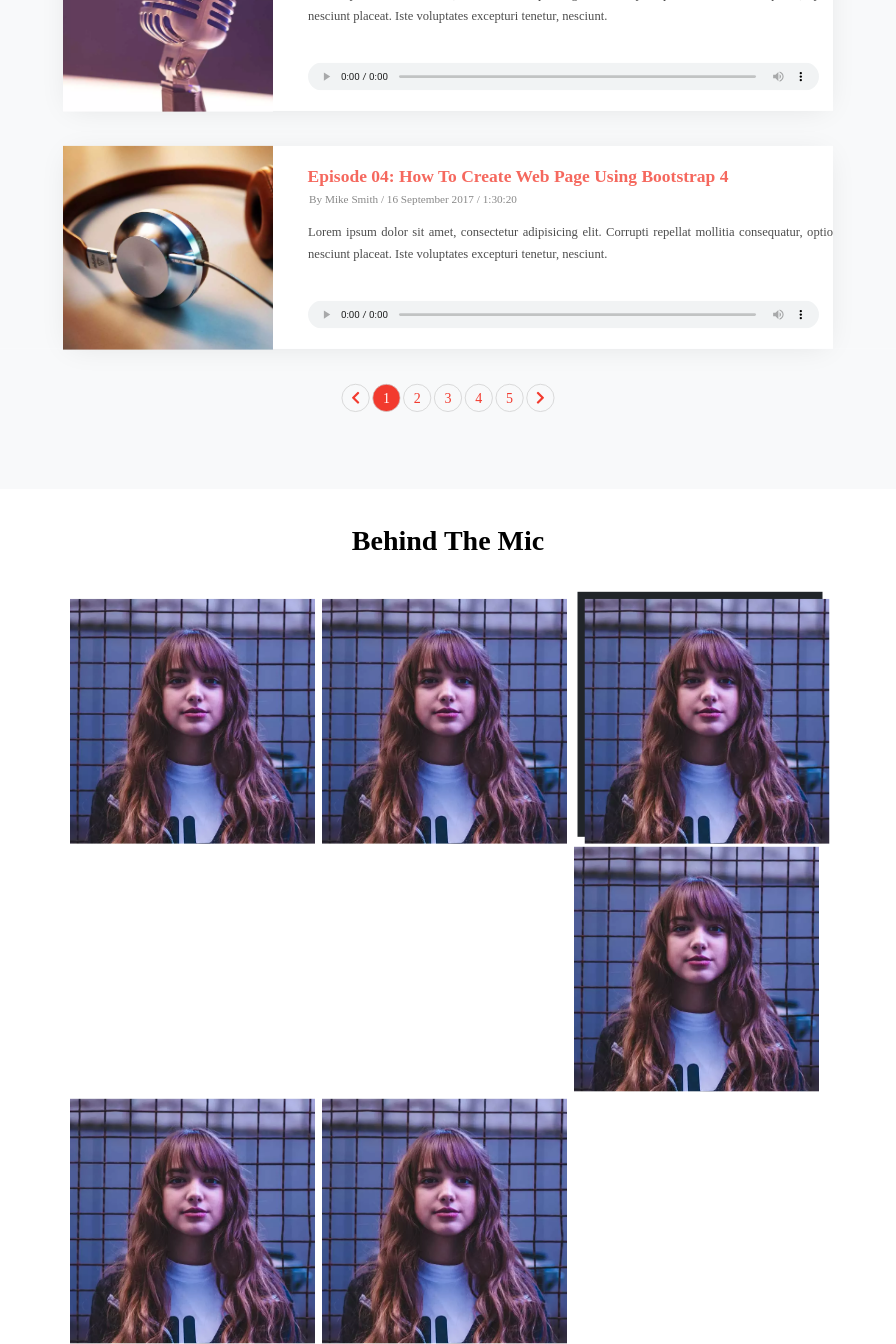
Repository: nhutduy0803/template2
Page: index.html
An editor plug-in stored every save of this project. The page is shown before and after the next save, followed by the edit.
The browser window is 1280 px wide. The pictures show the part of the page from y = 2168 to 4088 px (the page is 4088 px tall before and 3997 px after), at 70% of full size.

Above is the page before, as saved 2021-12-09 14:35:09.

After the next save:
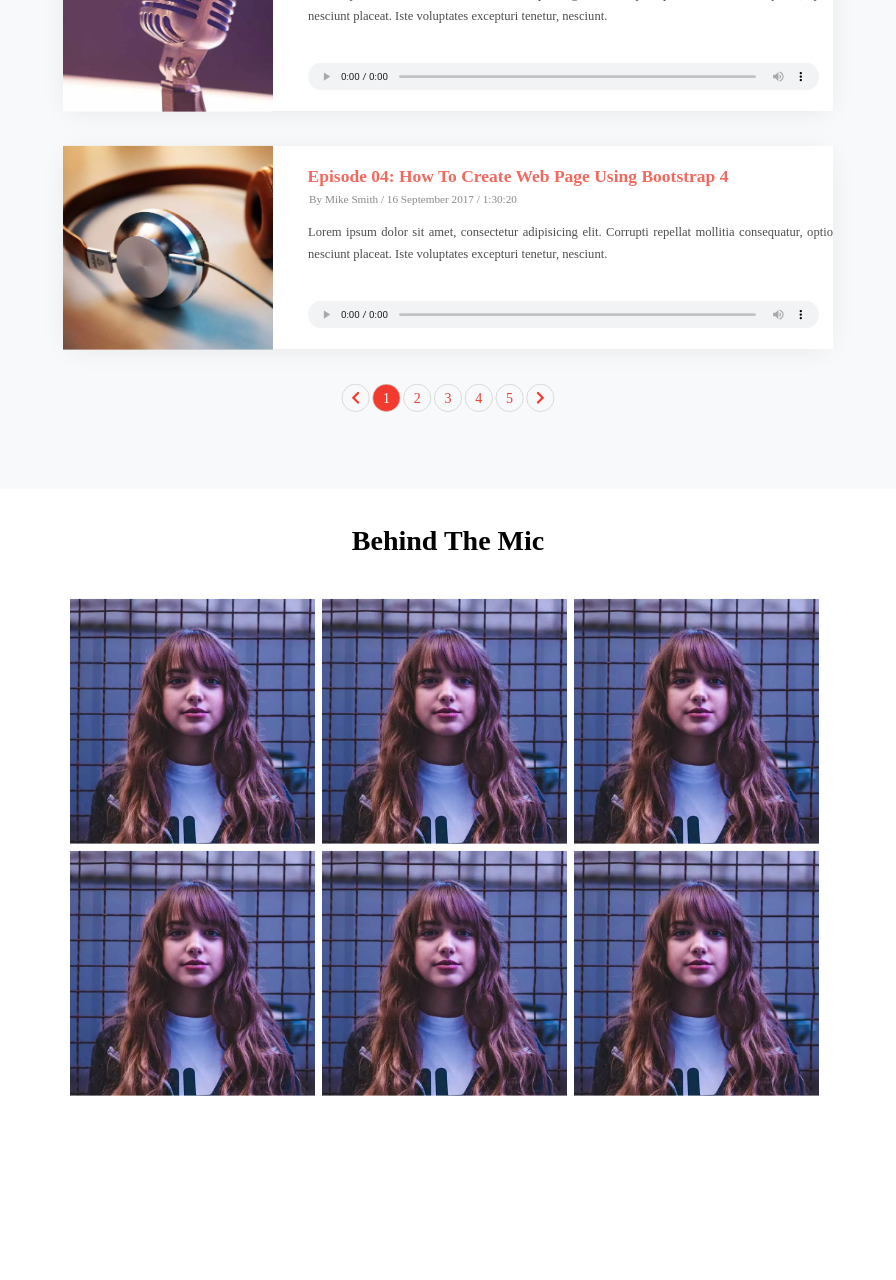
Saved 11 s later.
--- a/assets/css/style.css
+++ b/assets/css/style.css
@@ -358,11 +358,3 @@
   transition: 0.3s;
   position: relative;
 }
-
-.box-behind {
-  display: inline-block;
-  background-color: #212529;
-  position: relative;
-  width: 350px;
-  height: 350px;
-}
